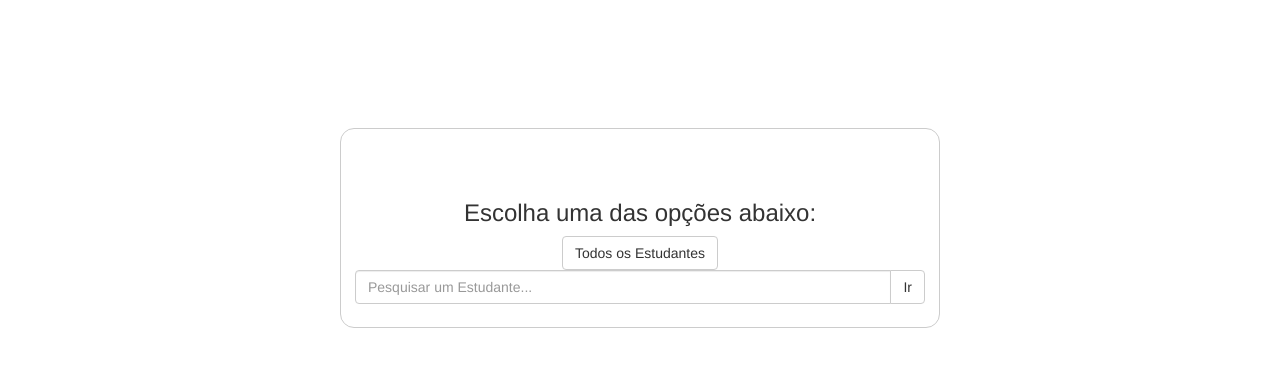
Repository: ipti/br.tag.webservice
Page: http://localhost/Restful-API-TAG/students.jsp
The author's editor kept a copy of each file at every save. The page is drawn from the files as they stood at one save, then again after the next save.
The browser window is 1280 px wide. The pictures show the whole page.
The page is served by Tomcat 9.

Above is the page before, as saved 2016-04-27 13:41:01.

After the next save:
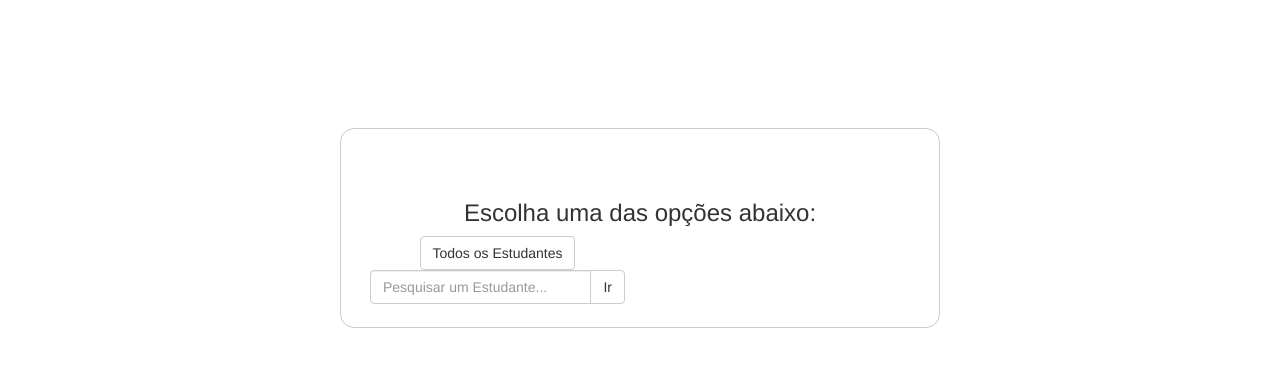
Saved 41 s later.
--- a/Restful-API-TAG/WebContent/students.jsp
+++ b/Restful-API-TAG/WebContent/students.jsp
@@ -12,17 +12,14 @@
 	<div id="studentsDiv">
 		<h3 id="titleStudents">Escolha uma das opções abaixo:</h3>
 
-		<div class="btn-group-md text-center" role="group" aria-label="...">
-			<a type="submit" class="btn btn-default"
-				href="${pageContext.request.contextPath}/api/TagService/getStudents">Todos
-				os Estudantes</a>
-			<div class="input-group">
-				<input type="text" class="form-control"
-					placeholder="Pesquisar um Estudante..."> <span
-					class="input-group-btn"> <a class="btn btn-default"
-					type="submit"
-					href="${pageContext.request.contextPath}/api/TagService/getStudents">Ir</a>
-				</span>
+		<div class="btn-group-md col-lg-6 text-center" role="group" aria-label="...">
+			<a type="submit" class="btn btn-default" href="${pageContext.request.contextPath}/api/TagService/getStudents">Todos os Estudantes</a>
+
+				<div class="input-group">
+					<input type="text" class="form-control" placeholder="Pesquisar um Estudante...">
+					<span class="input-group-btn">
+						<a class="btn btn-default" type="submit" href="${pageContext.request.contextPath}/api/TagService/getStudents">Ir</a>
+					</span>
 			</div>
 		</div>
 </body>
